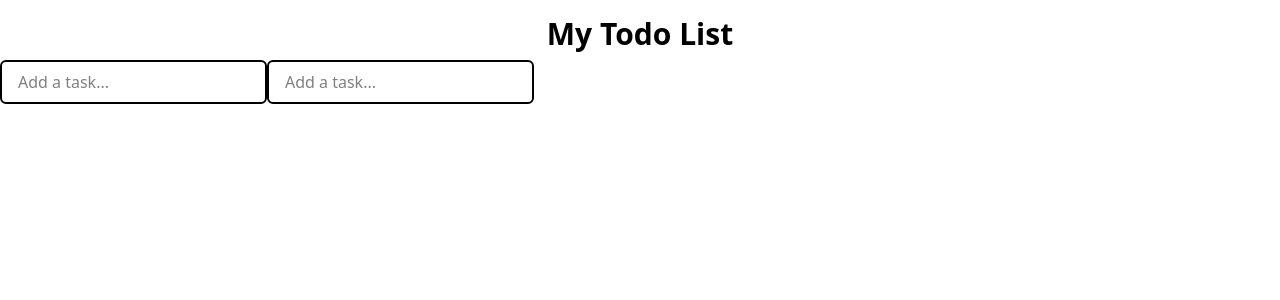
Repository: vgor15/todo-list
Page: /
These files come from the project's save history. The page is drawn as it stood at one moment and after a run of saves; the edit follows.
The browser window is 1280 px wide. The pictures show the whole page.
The project was rebuilt for these pictures with package versions that can differ from the ones it lists, and the page was loaded fresh each time. The framework's server and built-in components were replaced by stand-ins that run in the browser. Also part of the build but not shown: next.config.js, next.config.mjs.

Above is the page before, as saved 2025-03-05 10:28:30.

After the next 3 saves:
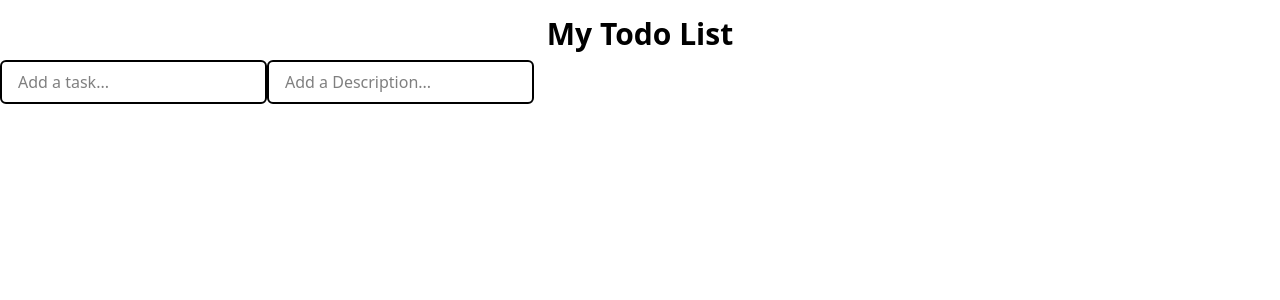
The 3 saves are shown as one change because 1 did not build or start and some came seconds apart.
The last was saved 24 s later.
--- a/app/page.js
+++ b/app/page.js
@@ -17,7 +17,7 @@ const page = () => {
           type="text"
           name=""
           id=""
-          placeholder="Add a task..."
+          placeholder="Add a Description..."
         />
       </form>
     </>
